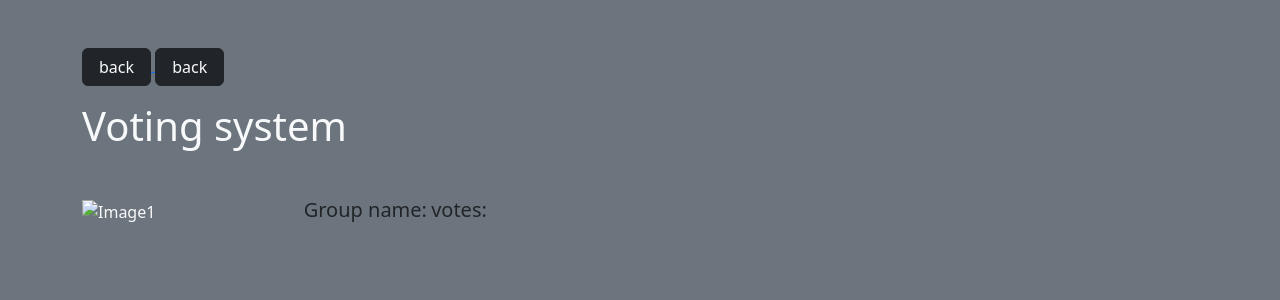
Repository: AvinashLikesToLearnNewStuff/VotingSite
Page: http://localhost/partials/dashboard.php
These files come from the project's save history. The page is drawn as it stood at one moment and after the next save; the edit follows.
The browser window is 1280 px wide. The pictures show the whole page.
The page is run by PHP 8.4 with error messages shown; the project is at /var/www/html/. The session is filled in as if someone had signed in: {"groups": 1, "id": 1, "status": 1, "data": {"id": 1, "_id": "000000000000000000000001", "name": "Test User", "username": "testuser", "email": "test@example.com", "role": "admin"}}. Other server files are loaded and not shown.

Above is the page before, as saved 2023-03-10 19:46:58.

### partials/dashboard.php
<!DOCTYPE html>
<html lang="en">
<head>
    <meta charset="UTF-8">
    <meta http-equiv="X-UA-Compatible" content="IE=edge">
    <meta name="viewport" content="width=device-width, initial-scale=1.0">
    <title>Voting System dashboard</title>
        <!-- bootstrap css link -->
     <link href="https://cdn.jsdelivr.net/npm/bootstrap@5.2.3/dist/css/bootstrap.min.css" rel="stylesheet" integrity="sha384-rbsA2VBKQhggwzxH7pPCaAqO46MgnOM80zW1RWuH61DGLwZJEdK2Kadq2F9CUG65" crossorigin="anonymous">


</head>

<body class="bg-secondary text-light">
    <div class="container my-5">

    <a href="../">
        <button class="btn btn-dark text-light px-3">back</button>
    </a>
    <a href="logout.php">

        <button class="btn btn-dark text-light px-3">back</button>
    </a>
<h1 class = "my-3">Voting system</h1>
<div class="row my-5">
    <div class="col-md-7">
        <!-- groups -->
        <div class="row">
            <div class="col-md-4 mx-auto d-block">

<img src="" alt="Image1">
            </div>
            <div class="col-md-8">
<strong class="text-dark h5">Group name:</strong>
<strong class="text-dark h5">votes:</strong>
            </div>
        </div>
    </div>
    <div class="col-md-5">
        <!-- user -->
    </div>
</div>
    </div>
</body>
</html>

After the next save:
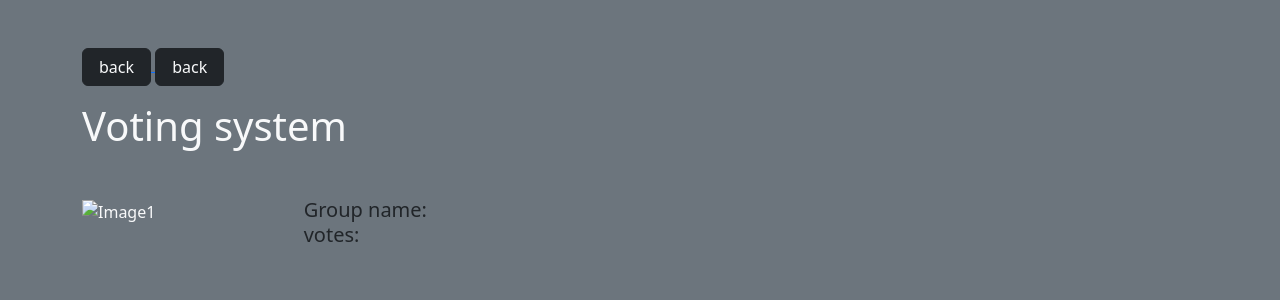
Saved 20 s later.
--- a/partials/dashboard.php
+++ b/partials/dashboard.php
@@ -31,8 +31,8 @@
 <img src="" alt="Image1">
             </div>
             <div class="col-md-8">
-<strong class="text-dark h5">Group name:</strong>
-<strong class="text-dark h5">votes:</strong>
+<strong class="text-dark h5">Group name:</strong><br>
+<strong class="text-dark h5">votes:</strong><br>
             </div>
         </div>
     </div>
